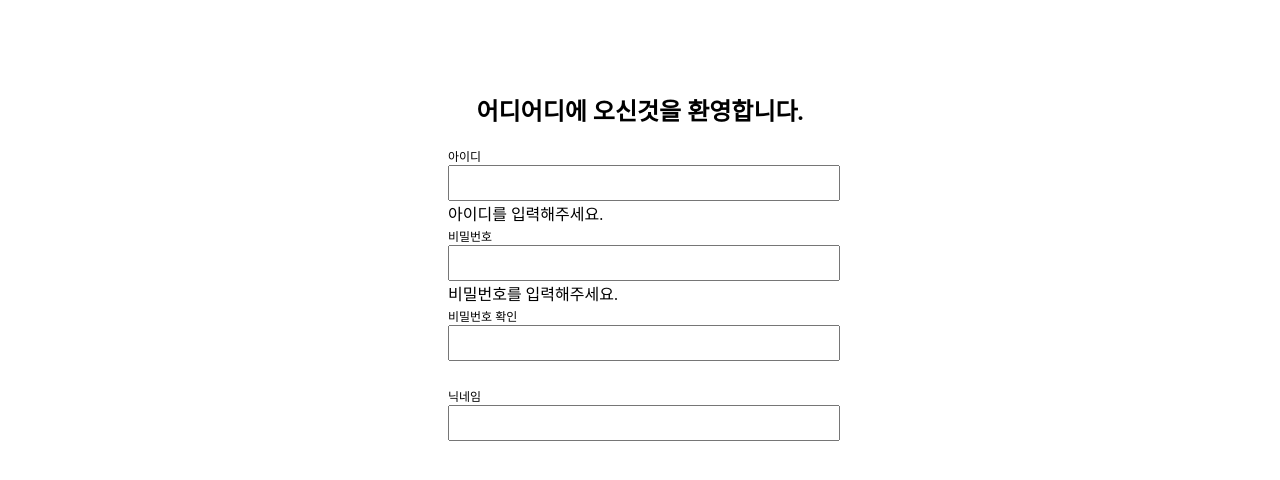
Repository: zzangyu/koreanFoodsProject
Page: http://localhost/koreanFoodsProject/koreanFoods/signUp.jsp
An editor plug-in stored every save of this project. The page is shown before and after the next save, followed by the edit.
The browser window is 1280 px wide. The pictures show the whole page.
The page is served by Tomcat 9. Other server files are loaded and not shown.

Above is the page before, as saved 2022-12-29 07:12:44.

### koreanFoodsProject/src/main/webapp/koreanFoods/signUp.jsp
<%@ page language="java" contentType="text/html; charset=UTF-8"
    pageEncoding="UTF-8"%>
<!DOCTYPE html>
<html>
<head>
<meta charset="UTF-8">
<link type="text/css" rel="stylesheet" href="css/kFoods.css">
<title>Sign Up</title>
</head>
<body>
	<form action="" id="signUp">
		<div id="signUp_Wrap">
			<h2>어디어디에 오신것을 환영합니다.</h2>
			<div>
				<label class="signUp_textSize">아이디</label>
				<div>
					<input type="text" name="kf_id" class="signUp_input">
					<div class="signUp_check_textSize" id="signUp_idCheck">아이디를 입력해주세요.</div>
				</div>
			</div>
			<div>
				<label class="signUp_textSize">비밀번호</label>
				<div>
					<input type="password" name="kf_password" class="signUp_input">
					<div class="signUp_check_textSize" id="signUp_idCheck">비밀번호를 입력해주세요.</div>
				</div>
			</div>
			<div>
				<label class="signUp_textSize">비밀번호 확인</label>
				<div>
					<input type="password" name="kf_passwordCheck" class="signUp_input">
					<div class="signUp_check_textSize" id="signUp_idCheck"></div>
				</div>
			</div>
			<div>
				<label class="signUp_textSize">닉네임</label>
				<div>
					<input type="text" name="kf_nickname" class="signUp_input">
					<div class="signUp_check_textSize" id="signUp_nickCheck"></div>
				</div>
			</div>
		</div>
	</form>
</body>
</html>

### koreanFoodsProject/src/main/webapp/koreanFoods/css/kFoods.css
@charset "UTF-8";
html, body {
	margin: 0;
	padding: 0;
	width: 100%;
	height: 100%;
}
a {
	text-decoration: none;
}
#loginButton {
	background-color: yellow;
}
#loginButton a {
	color: red;
}
#signUp {
	width: 100%;
	height: 100%;
	display: flex;
	justify-content: center;
	align-items: center;
}
#signUp_Wrap {
	width: 30%;
	height: 80%;
}
.signUp_textSize {
	font-size: 12px;
}
#signUp_Wrap h2 {
	text-align: center;
}
#signUp_Wrap > div {
	width: 100%;
	height: 80px;
}
.signUp_input {
	width: 100%;
	height: 30px;
}

After the next save:
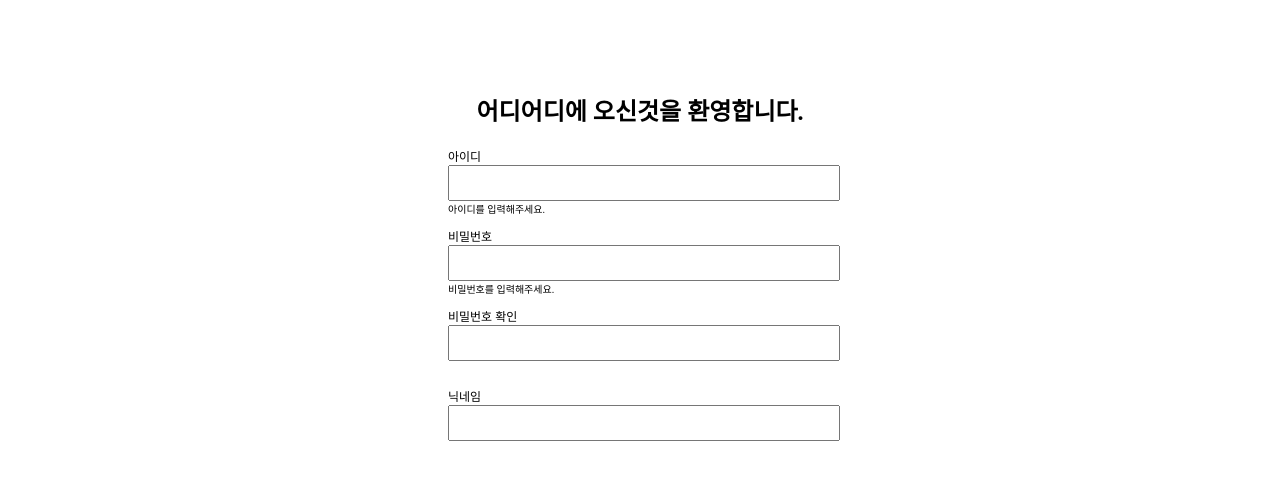
Saved 15 s later.
--- a/koreanFoodsProject/src/main/webapp/koreanFoods/css/kFoods.css
+++ b/koreanFoodsProject/src/main/webapp/koreanFoods/css/kFoods.css
@@ -28,6 +28,9 @@ a {
 .signUp_textSize {
 	font-size: 12px;
 }
+.signUp_check_textSize {
+	font-size: 10px;
+}
 #signUp_Wrap h2 {
 	text-align: center;
 }
